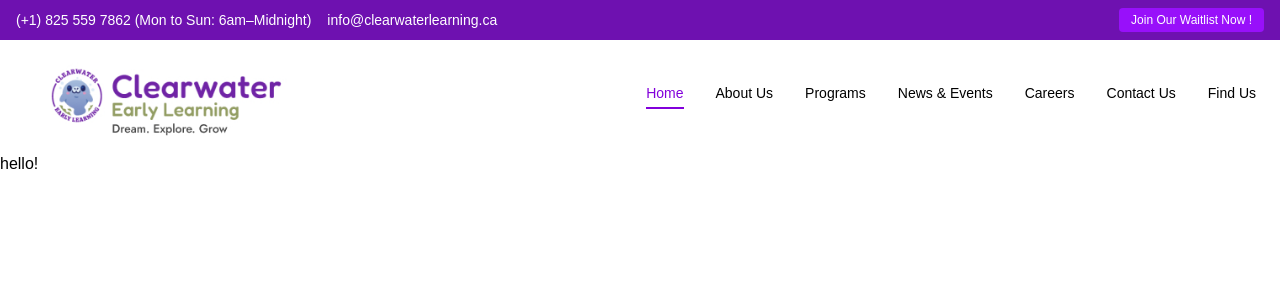
Repository: harshikabodekar/Daycare-Site
Page: /about-us
An editor plug-in stored every save of this project. The page is shown before and after a run of saves, followed by the edit.
The browser window is 1280 px wide. The pictures show the whole page.
The project was rebuilt for these pictures with package versions that can differ from the ones it lists, and the page was loaded fresh each time. The framework's server and built-in components were replaced by stand-ins that run in the browser. Also part of the build but not shown: next.config.mjs.

Above is the page before, as saved 2025-06-23 13:00:50.

After the next 5 saves:
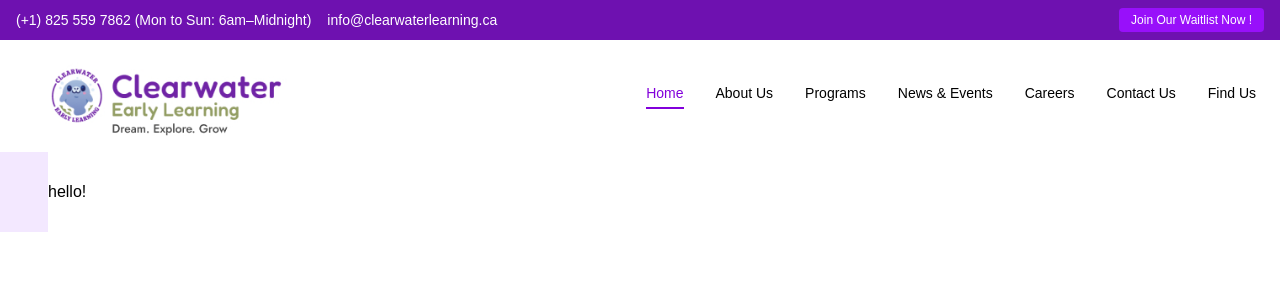
The 5 saves are shown as one change because they came seconds apart.
The last was saved 13 s later.
--- a/components/about/About.jsx
+++ b/components/about/About.jsx
@@ -6,6 +6,9 @@
 <Navbar/>
 
  <div className="bg-white text-black flex items-center justify center ">
+  <div className="bg-purple-100 text-black px-6 py-10">
+
+  </div>
         hello!
       </div>
 
